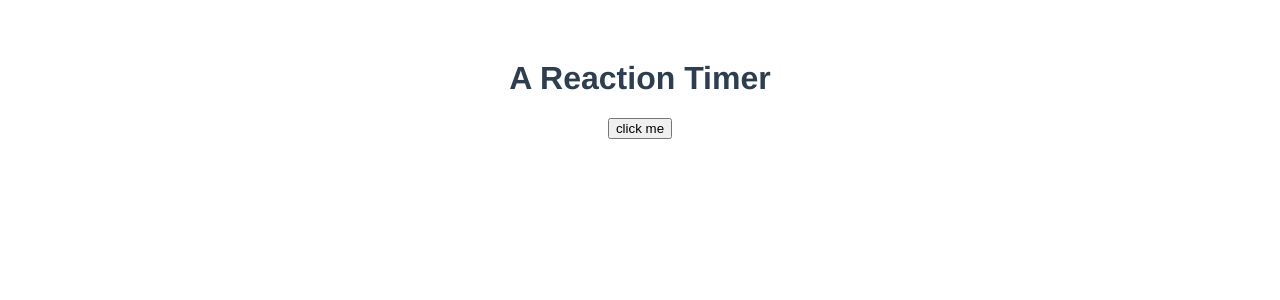
Repository: qudos4real/reaction-timer
Page: /
An editor plug-in stored every save of this project. The page is shown before and after a run of saves, followed by the edit.
The browser window is 1280 px wide. The pictures show the whole page.
The project was rebuilt for these pictures with package versions that can differ from the ones it lists, and the page was loaded fresh each time. Also part of the build but not shown: vue.config.js.

Above is the page before, as saved 2022-12-27 22:31:31.

### src/App.vue
<template>
 <h1>A Reaction Timer</h1>
 <button @click="start">click me</button>
 <Block />
</template>

<script>


export default {
  name: 'App',
  components: {

  },
  data() {
    return {
      isPlaying: false,
      delay: null,
    }
  },
  methods: {
    start() {
      this.isPlaying = true;
      this.delay = 2000 + Math.random() * 5000;
      console.log(this.delay);
    }
  }
}
</script>

<style>
#app {
  font-family: Avenir, Helvetica, Arial, sans-serif;
  -webkit-font-smoothing: antialiased;
  -moz-osx-font-smoothing: grayscale;
  text-align: center;
  color: #2c3e50;
  margin-top: 60px;
}
</style>

### src/components/Block.vue
<template>
    <div class="block">
        click Me!
        </div>
</template>

<script>
export default {

}
</script>

<style>
.block {
    width: 100px;
    height: 100px;
    background-color: red;
}
</style>

Loaded but not shown: public/index.html (common file); src/main.js (common file)

After the next 2 saves:
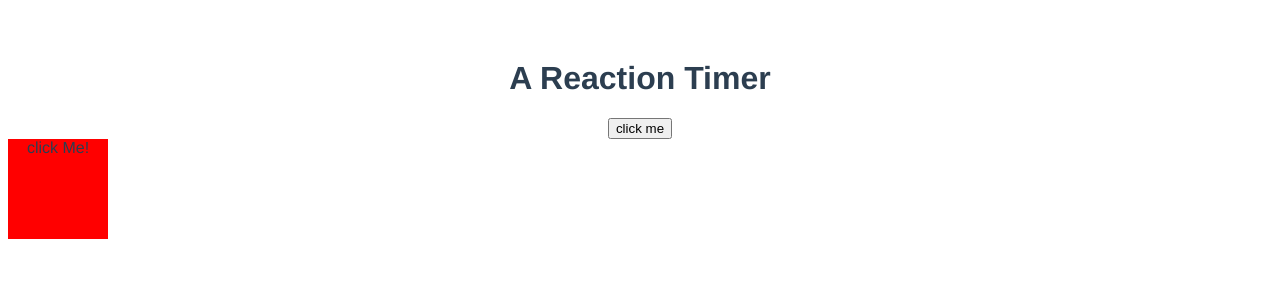
The 2 saves are shown as one change because 1 did not build or start.
The last was saved 37 s later.
--- a/src/App.vue
+++ b/src/App.vue
@@ -5,12 +5,12 @@
 </template>
 
 <script>
-
+import Block from './components/Block.vue';
 
 export default {
   name: 'App',
   components: {
-
+    Block
   },
   data() {
     return {
